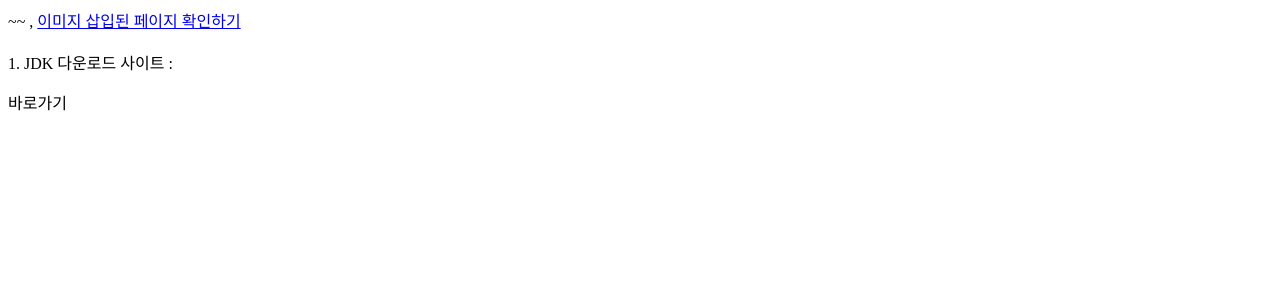
Repository: parkgyutaee/My_JAVA_Project
Page: http://localhost/JSPStudy/hyperlink_text.jsp
An editor plug-in stored every save of this project. The page is shown before and after the next save, followed by the edit.
The browser window is 1280 px wide. The pictures show the whole page.
The page is served by Tomcat 9.

Above is the page before, as saved 2025-07-09 06:28:37.

### Workspace/JSPStudy/src/main/webapp/hyperlink_text.jsp
<%@ page language="java" contentType="text/html; charset=UTF-8"
    pageEncoding="UTF-8"%>
<!DOCTYPE html>
<html>
<head>
<meta charset="UTF-8">
<title>텍스트에 하이퍼링크 설정 달기</title>
</head>
<body>
~~ , <a href="insert_image.jsp">이미지 삽입된 페이지 확인하기</a> <br/><br/>
1. JDK 다운로드 사이트 :
<p href = "https://www.oracle.com/java">바로가기</p>
</body>
</html>

After the next save:
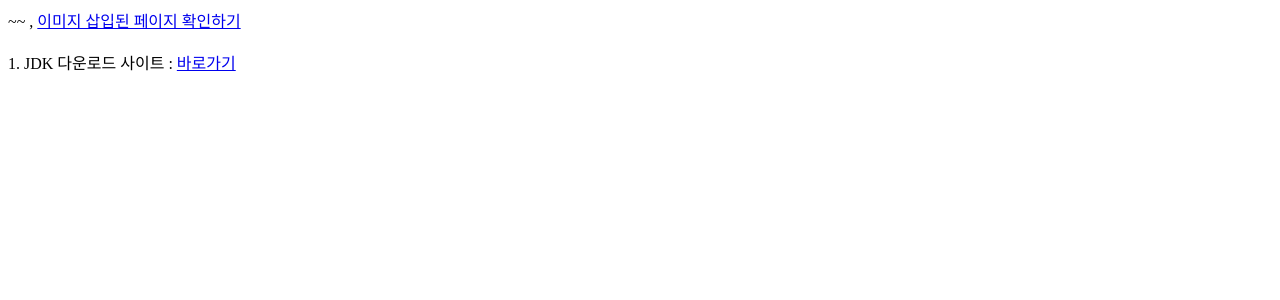
Saved 36 s later.
--- a/Workspace/JSPStudy/src/main/webapp/hyperlink_text.jsp
+++ b/Workspace/JSPStudy/src/main/webapp/hyperlink_text.jsp
@@ -9,6 +9,6 @@
 <body>
 ~~ , <a href="insert_image.jsp">이미지 삽입된 페이지 확인하기</a> <br/><br/>
 1. JDK 다운로드 사이트 :
-<p href = "https://www.oracle.com/java">바로가기</p>
+<a href = "https://www.oracle.com/java">바로가기</a>
 </body>
 </html>
